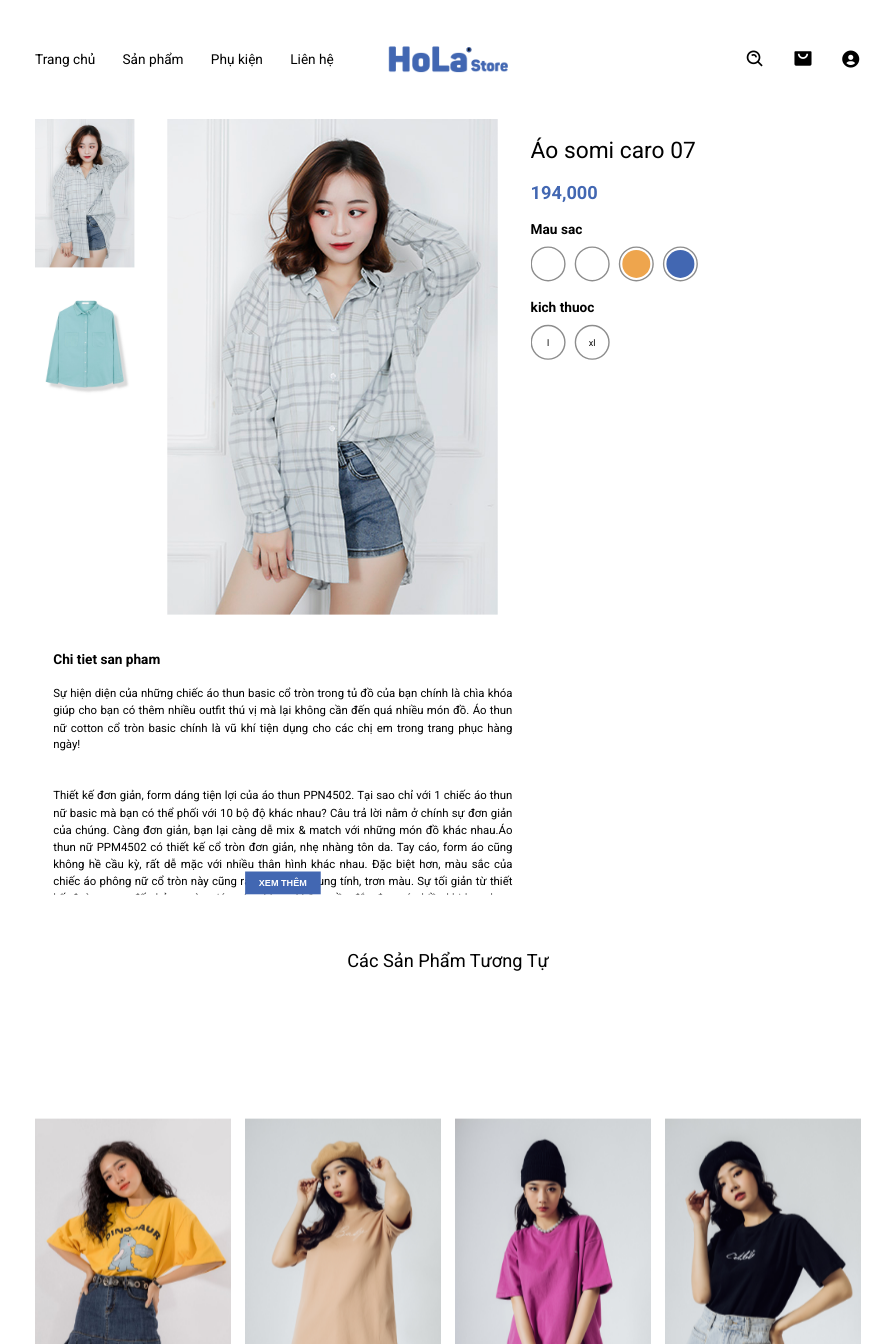
Repository: eric-nguyen-fe/Hola-ecommerce
Page: /catalog/ao-somi-caro-07
The author's editor kept a copy of each file at every save. The page is drawn from the files as they stood at one save, then again after the next save.
The browser window is 1280 px wide. The pictures show the part of the page from y = 0 to 1920 px (the page is 4131 px tall), at 70% of full size.
The project was rebuilt for these pictures with package versions that can differ from the ones it lists, and the page was loaded fresh each time. Also part of the build but not shown: src/components/HeroSlider.jsx, src/components/PolicyCard.jsx, src/assets/fake-data/hero-slider.js, src/assets/fake-data/policy.js, src/pages/Home.jsx, src/components/CheckBox.jsx, src/assets/fake-data/category.js, src/assets/fake-data/product-color.js and 4 more.

Above is the page before, as saved 2021-12-10 12:50:25.

### src/scss/index.scss
@import "./variables";
@import "./mixins";
@import "./base";

@import "./components/header";
@import "./components/footer";
@import "./components/hero-slider.scss";
@import "./components/button";
@import "./components/policy-card";
@import "./components/section";
@import "./components/product-card";
@import "./components/catalog";
@import "./components/custom-checkbox.scss";
@import "./components/product";

### src/components/Layout.jsx
import React from 'react'

import { BrowserRouter, Route } from 'react-router-dom'

import Header from './Header'
import Footer from './Footer'

import Routes from '../routes/Routes'

const Layout = () => {
    return (
        <BrowserRouter>
            <Route render={props => (
                <div>

                    <div className="container">
                    <Header {...props}/>
                        <div className="main">
                            <Routes/>
                        </div>
                    </div>
                    <Footer/>
                </div>
            )}/>
        </BrowserRouter>
    )
}

export default Layout

### src/scss/_variables.scss
$main-bg: #fff;
$main-color: #4267b2;

$txt-main-color: #000;
$txt-second-color: #8d8d8d;
$txt-white: #fff;

$btn-main-bg: $main-color;
$btn-main-color: #fff;

$header-height: 170px;
$header-tablet-height: 70px;
$header-mobile-height: 40px;
$header-shrink-height: 70px;

$box-shadow: rgba(73, 90, 105, 0.2) 0px 8px 24px;

$colors: (
    "blue": #4267b2,
    "orange": #eea54d,
    "pink": #f3786d,
    "white": #fff,
    "black": #000,
    "main": $main-color
);

$mobile-width: 600px;
$tablet-width: 1024px;

$numbers: (0, 1, 2, 3, 4, 5, 6, 7, 8);

### src/scss/mixins.scss
@mixin flex ($align-item, $justify-content) {
    display: flex;
    align-items: $align-item;
    justify-content: $justify-content;
}

@mixin mobile {
    @media only screen and (max-width: $mobile-width){
        @content;
    }
}

@mixin tablet {
    @media only screen and (max-width: $tablet-width){
        @content;
    }
}

### src/scss/_base.scss
@import url("https://fonts.googleapis.com/css2?family=M+PLUS+Rounded+1c:wght@100;300;400;500;700;800;900&family=Roboto:ital,wght@0,100;0,300;0,400;0,500;0,700;0,900;1,100;1,300;1,400;1,500;1,700;1,900&display=swap");

@import url("https://fonts.googleapis.com/css2?family=M+PLUS+Rounded+1c:wght@100;300;400;500;700;800;900&family=Roboto:ital,wght@0,100;0,300;0,400;0,500;0,700;0,900;1,100;1,300;1,400;1,500;1,700;1,900&display=swap");

* {
    padding: 0;
    margin: 0;
    box-sizing: border-box;
    -webkit-tap-highlight-color: transparent;
    user-select: none;
}

html {
    font-size: 13px;
}

body {
    font-family: "Roboto", sans-serif;
}

ul {
    list-style-type: none;
}

a {
    text-decoration: none;
    color: unset;
}

a:hover {
    color: $main-color;
}

img {
    max-width: 100%;
}

@each $color, $val in $colors {
    .color-#{$color} {
        color: $val;
    }

    .bg-#{$color} {
        background-color: $val;
    }
}

@each $val in $numbers {
    .grid-col-#{$val} {
        grid-template-columns: repeat($val, 1fr);
    }
}

@each $val in $numbers {
    .grid-col-md-#{$val} {
        @include tablet {
            grid-template-columns: repeat($val, 1fr);
        }
    }
}

@each $val in $numbers {
    .grid-col-sm-#{$val} {
        @include mobile {
            grid-template-columns: repeat($val, 1fr);
        }
    }
}

.container {
    width: 100%;
    max-width: 1620px;
    padding: 0 50px;
    margin: auto;

    @include tablet {
        padding: 0 20px;
    }

    @include mobile {
        padding: 0 10px;
    }
}

.main {
    margin-top: $header-height;
    margin-bottom: 2rem;
    min-height: 100vh;

    @include tablet {
        margin-top: calc(#{$header-tablet-height} + 20px);
    }

    @include mobile {
        margin-top: calc(#{$header-mobile-height} + 10px);
    }
}

.grid {
    display: grid;
}

### src/scss/components/_header.scss
.header {
    background-color: $main-bg;
    position: fixed;
    top: 0;
    left: 0;
    width: 100%;
    z-index: 99;
    height: $header-height;
    transition: height .3s ease;

    @include tablet {
        height: $header-tablet-height;
        box-shadow: $box-shadow;
    }

    .container {
        height: 100%;
    }

    &.shrink{
        height: $header-shrink-height;
        box-shadow: $box-shadow;
        z-index: 100;

        @include mobile {
            height: $header-mobile-height;
        }
    }

    &__logo {
        @include flex (center, center);
        position: absolute;
        inset: 0;
        pointer-events: none;

        img {
            height: 38px;
        }
    }

    &__menu {
        @include flex(center, space-between);
        height: 100%;
        font-size: 1.5rem;

        &__item ~ &__item {
            margin-left: 39px;

            @include tablet {
                margin-left: 20px;
            }

            @include mobile {
                margin-left: 10px;
            }
        }

        &__item.active {
            font-weight: 600;
            color: $main-color;
        }


        &__item:hover {
            color: $main-color;
        }

        &__left,
        &__right {
            @include flex(center, center);
            height: 100%;
        }

        &__right {
            font-size: 2.25rem;

            &__item {
                @include flex(center, center);

                @include tablet {
                    margin-left: 10px;
                }
            }



            @include mobile {
                font-size: 1.5rem;
            }
        }

        &__left {
            &__close{
                display: none;
            }

            @include tablet {
                flex-direction: column;
                background-color: $main-bg;
                position: absolute;
                left: 0;
                top: 0;
                width: 100%;
                height: 100vh;
                justify-content: flex-start;
                padding-top: 30px;
                transform: translateX(-100%);
                transition: transform 0.5s ease;

                &.active {
                    transform: translateX(0);
                }

                &__item ~ &__item {
                    margin-left: unset;
                    margin-top: 20px;
                }

                &__close {
                    display: block;
                    position: absolute;
                    left: 20px;
                    font-size: 2.5rem;
                }
            }
        }

        &__mobile-toggle {
            display: none;

            @include tablet {
                display: block;
                font-size: 2.5rem;

            }
        }


    }
}

### src/scss/components/_footer.scss
.footer {
    padding: 70px 0;
    box-shadow: $box-shadow;
    font-size: 1.1rem;

    &__logo {
        height: 30px;
    }

    &__about {
        p {
            margin-bottom: 2rem;
        }
    }

    &__title {
        text-transform: uppercase;
        margin-bottom: 2rem;
        font-weight: 600;
    }

    &__content {
        p {
            margin-bottom: 1.25rem;
        }
    }
}

### src/scss/components/_button.scss
.btn {
    border: 0;
    outline: 0;
    color: $btn-main-color;
    font-size: 1.5rem;
    font-weight: 600;
    text-transform: uppercase;
    cursor: pointer;
    overflow: hidden;
    position: relative;

    @include mobile {
        font-size: 1rem;
    }

    &__txt,
    &__icon {
        display: block;
        transition: transform 0.5s ease;
    }

    &__txt {
        padding: 1rem 2rem;
    }

    &__icon {
        @include flex(center, center);
        font-size: 2rem;
        position: absolute;
        left: 0;
        top: 0;
        height: 100%;
        width: 100%;
        transform: translateX(-100%);
    }

    &-animate:hover &__txt {
        transform: translateX(100%);
    }

    &-animate:hover &__icon {
        transform: translateX(0);
    }

    &-sm {
        font-size: 1rem;
    }

    &-sm &__txt {
        padding: 0.7rem 1.5rem;
    }
}

### src/scss/components/_policy-card.scss
.policy-card {
    @include flex(center, flex-start);
    padding: 20px;
    padding-left: 0;
    box-shadow: $box-shadow;
    transition: transform .5s ease;

    &:hover {
        transform: translateY(-20%);
    }

    &__icon {
        @include flex (center, center);
        width: 40%;
        color: $main-color;

        i {
            font-size: 3rem;
        }
    }

    &__info{
        &__name{
            font-size: 1.25rem;
            font-weight: 600;
            margin-bottom: 7px;
        }

        &__description{
            font-size: 1rem;
            color: $txt-second-color;
        }

    }
}

### src/scss/components/_section.scss
.section {
    margin-bottom: 80px;

    & > * ~ * {
        margin-top: 70px;
    }

    &__title {
        font-size: 2rem;
        text-transform: capitalize;
        text-align: center;
    }
}

### src/scss/components/product-card.scss
.product-card {
    text-align: center;
    margin-bottom: 30px;

    &__image {
        padding-top: 50%;
        position: relative;
        overflow: hidden;
        margin-bottom: 30px;
    }
}

### src/scss/components/_catalog.scss
.catalog {
    @include flex(flex-start, flex-start);

    @include tablet {
        flex-direction: column;
    }

    &__filter {
        width: 20%;

        @include tablet {
            width: max-content;
            height: 100vh;
            background-color: $main-bg;
            padding: 1rem;
            position: fixed;
            left: 0;
            top: $header-tablet-height;
            z-index: 100;
            box-shadow: $box-shadow;
            transform: translateX(-100%);
            transition: transform 0.3s ease;
        }

        @include mobile {
            top: $header-mobile-height;
        }

        &.active {
            transform: translateX(0);
        }

        &__widget {
            margin-bottom: 2rem;

            &__title {
                font-size: 1.25rem;
                font-weight: 600;
                text-transform: capitalize;
                margin-bottom: 16px;
            }

            &__content {
                color: $txt-second-color;

                &__item {
                    margin-bottom: 13px;
                }
            }
        }
    }

    &__content {
        flex-grow: 1;

        @include tablet {
            width: 100%;
        }
    }

    &__filter__toggle {
        display: none;

        @include tablet {
            display: block;
            margin-bottom: 2rem;
        }
    }
}

### src/scss/components/custom-checkbox.scss
.custom-checkbox {
    @include flex (center, flex-start);

    cursor: pointer;

    &:hover {
        color: $main-color;
    }

    input {
        position: absolute;
        opacity: 0;

    }
}

### src/scss/components/_product.scss
.product {
    @include flex (flex-start, flex-start);

    &__images {
        @include flex(flex-start, flex-start);
        width: 60%;
        flex-wrap: wrap;

        &__list {
            width: 20%;

            &__item {
                cursor: pointer;
            }
        }

        &__main {
            flex-grow: 1;
            padding-top: 100%;
            position: relative;

            img {
                position: absolute;
                top: 0;
                left: 50%;
                height: 100%;
                transform: translateX(-50%);
            }
        }
    }

    &__info {
        flex-grow: 1;
        position: sticky;
        top: $header-shrink-height;
        padding-top: 2rem;

        &__title {
            font-size: 2.5rem;
            font-weight: normal;
        }

        &__item {
            margin-top: 2rem;

            &__price {
                color: $main-color;
                font-size: 2rem;
                font-weight: 600;
            }

            &__title {
                font-size: 1.5rem;
                font-weight: 600;
                margin-bottom: 1rem;
            }

            &__list {
                @include flex (center, flex-start);

                &__item {
                    @include flex (center, center);


                    width: 50px;
                    height: 50px;
                    border-radius: 50%;
                    border: 2px solid $txt-second-color;
                    cursor: pointer;
                    margin-right: 1rem;

                    &:hover {
                        border-color: $main-color;
                    }

                    .circle {
                        width: 40px;
                        height: 40px;
                        border-radius: 50px;
                    }
                }
            }
        }
    }
}

.product-description {
    width: 100%;
    padding: 2rem 2rem 3rem;
    height: 400px;
    overflow: hidden;
    position: relative;

    &.expand {
        height: max-content;
    }

    &__title {
        font-size: 1.5rem;
        font-weight: 600;
        margin: 2rem 0;
    }

    &__content {
        font-size: 1.25rem;
        line-height: 1.875rem;
        text-align: justify;
    }

    &__toggle {
        position: absolute;
        bottom: 0;
        left: 50%;
        transform: translateX(-50%);
    }
}

### src/components/Header.jsx
import React, { useRef, useEffect } from 'react'
import { Link, useLocation } from 'react-router-dom'

import logo from '../assets/images/Logo-2.png'

const mainNav = [
    {
        display: "Trang chủ",
        path: '/'
    },
    {
        display: "Sản phẩm",
        path: '/catalog'
    },
    {
        display: "Phụ kiện",
        path: '/accessories'
    },
    {
        display: "Liên hệ",
        path: '/contact'
    }
]

const Header = () => {

    const {pathname} = useLocation()
    const activeNav = mainNav.findIndex(e => e.path === pathname)

    const headerRef = useRef(null)

    useEffect(() => {
        window.addEventListener("scroll", () => {
            if(document.body.scrollTop > 80 || document.documentElement.scrollTop > 80) {
                headerRef.current.classList.add('shrink')
            } else {
                headerRef.current.classList.remove('shrink')
            }
        })
        return () => {
            window.removeEventListener("scroll")
        }
    }, []);

    const menuLeft = useRef(null);

    const menuToggle = () => menuLeft.current.classList.toggle('active')


    return (
        <div className="header" ref={headerRef}>
            <div className="container">
                <div className="header__logo">
                    <Link to="/">
                        <img src={logo} alt="" />
                    </Link>
                </div>
                <div className="header__menu">
                    <div className="header__menu__mobile-toggle" onClick={menuToggle} >
                        <i className='bx bx-menu' ></i>
                    </div>
                    <div className="header__menu__left" ref={menuLeft}>
                        <div className="header__menu__left__close" onClick={menuToggle}>
                            <i className='bx bx-left-arrow-alt' ></i>
                        </div>

                        {
                            mainNav.map((item, index) =>(
                                <div
                                key={index}
                                className={`header__menu__item header__menu__left__item ${index === activeNav ? 'active' : ''}`}
                                onClick={menuToggle}
                                >
                                    <Link to={item.path}>
                                        <span>
                                            {item.display}
                                        </span>
                                    </Link>
                                </div>
                            ))
                        }
                    </div>
                   <div className="header__menu__right">
                       <div className="header__menu__item header__menu__right__item">
                            <i className='bx bx-search-alt'></i>
                       </div>
                       <div className="header__menu__item header__menu__right__item">
                           <Link to="/cart">
                                <i className="bx bxs-shopping-bag-alt"></i>

                           </Link>
                       </div>
                       <div className="header__menu__item header__menu__right__item">
                           <i className="bx bxs-user-circle"></i>
                       </div>
                   </div>
                </div>
            </div>
        </div>
    )
}

export default Header

### src/routes/Routes.jsx
import React from 'react'

import { Route, Switch } from 'react-router-dom'

import Home from '../pages/Home';
import Catalog from '../pages/Catalog';
import Cart from '../pages/Cart';
import Product from '../pages/Product';

const Routes = () => {
    return (
        <Switch>
            <Route path="/" exact component = {Home}/>
            <Route path="/catalog/:slug" exact component = {Product}/>
            <Route path="/catalog" exact component = {Catalog}/>
            <Route path="/cart" exact component = {Cart}/>
        </Switch>
    )
}

export default Routes

### src/pages/Product.jsx
import React, {useEffect} from 'react';

import Helmet from '../components/Helmet'
import Section, {SectionBody, SectionTitle} from '../components/Section'
import Grid from '../components/Grid'
import ProductCard from '../components/ProductCard'


import productData from '../assets/fake-data/products';
import ProductView from '../components/ProductView';


const Product = props => {

    const product = productData.getProductBySlug(props.match.params.slug)

    const relatedProducts = productData.getProducts(8)

    React.useEffect(() => {
        window.scrollTo(0,0)
    }, [product])

    return (
        <Helmet title={product.title}>
            <Section>
                <SectionBody>
                    {
                       <ProductView product={product}/>                    }
                </SectionBody>
            </Section>
            <Section>
                <SectionTitle>
                   Các sản phẩm tương tự
                </SectionTitle>
                <SectionTitle>
                <Grid
                        col={4}
                        mdCol={2}
                        smCol={1}
                        gap={20}
                    >
                        {
                            relatedProducts.map((item, index) => (
                                <ProductCard
                                    key={index}
                                    img01={item.image01}
                                    img02={item.image02}
                                    name={item.title}
                                    price={Number(item.price)}
                                    slug={item.slug}
                                />
                            ))
                        }
                    </Grid>
                </SectionTitle>
            </Section>
        </Helmet>
    )
}

export default Product

### src/components/Helmet.jsx
import React, {useEffect} from 'react'
import PropTypes from 'prop-types'

const Helmet = props => {

    document.title = 'Hola - ' + props.title

    useEffect(() => {
        window.scrollTo(0,0)

    }, [])

  return (
    <div>
        {props.children}
    </div>
  )
}

Helmet.propTypes = {
    title: PropTypes.string.isRequired
}

export default Helmet

### src/components/ProductCard.jsx
import React from 'react'
import PropTypes from 'prop-types'

import { Link } from 'react-router-dom'

import Button from './Button'

import numberWithCommas from '../utils/numberWithCommas'

const ProductCard = props => {
    return (
        <div className="product-card">
            <Link to={`/catalog/${props.slug}`}>
                <div className="product-card__image">
                    <img src={props.img01} alt="" />
                    <img src={props.img02} alt="" />
                </div>
                <h3 className="product-card__name">{props.name}</h3>
                <div className="product-card__price">
                    {numberWithCommas(props.price)}
                    <span className="product-card__price__old">
                        <del>{numberWithCommas(399000)}</del>
                    </span>
                </div>
            </Link>
            <div className="product-card__btn">
                <Button
                    size="sm"
                    icon="bx bx-cart"
                    animate={true}
                >
                    Chọn mua
                </Button>
            </div>
        </div>
    )
}

ProductCard.propTypes = {
    img01: PropTypes.string.isRequired,
    img02: PropTypes.string.isRequired,
    name: PropTypes.string.isRequired,
    price: PropTypes.number.isRequired,
    slug: PropTypes.string.isRequired,


}

export default ProductCard

### src/components/Button.jsx
import React from 'react'
import PropTypes from 'prop-types'

const Button = props => {

    const bg = props.backgroundColor ? 'bg-' + props.backgroundColor : 'bg-main'

    const size = props.size ? 'btn-' + props.size : ''

    const animate = props.animate ? 'btn-animate' : ''

    return (
        <button
            className={`btn ${bg} ${size} ${animate}`}
            onClick={props.onClick ? () => props.onClick() : null}
        >
            <span className="btn__txt">{props.children}</span>
            {
                props.icon ? (
                    <span className="btn__icon">
                        <i className={`${props.icon} bx-tada`}></i>
                    </span>
                ) : null
            }
        </button>
    )
}

Button.propTypes = {
    backgroundColor: PropTypes.string,
    size: PropTypes.string,
    icon: PropTypes.string,
    animate: PropTypes.bool,
    onclick: PropTypes.func
}

export default Button

Loaded but not shown: public/index.html (common file); src/reportWebVitals.js (common file); src/assets/boxicons-2.0.7/css/boxicons.min.css (library); src/components/Grid.jsx (common file); src/components/Section.jsx (common file); src/utils/numberWithCommas.js (common file); src/assets/fake-data/products.js (275 lines, source omitted); src/index.js (20 lines, source omitted); src/scss/components/hero-slider.scss (214 lines, source omitted); src/components/ProductView.jsx (96 lines, source omitted); src/components/Footer.jsx (124 lines, source omitted)

After the next save:
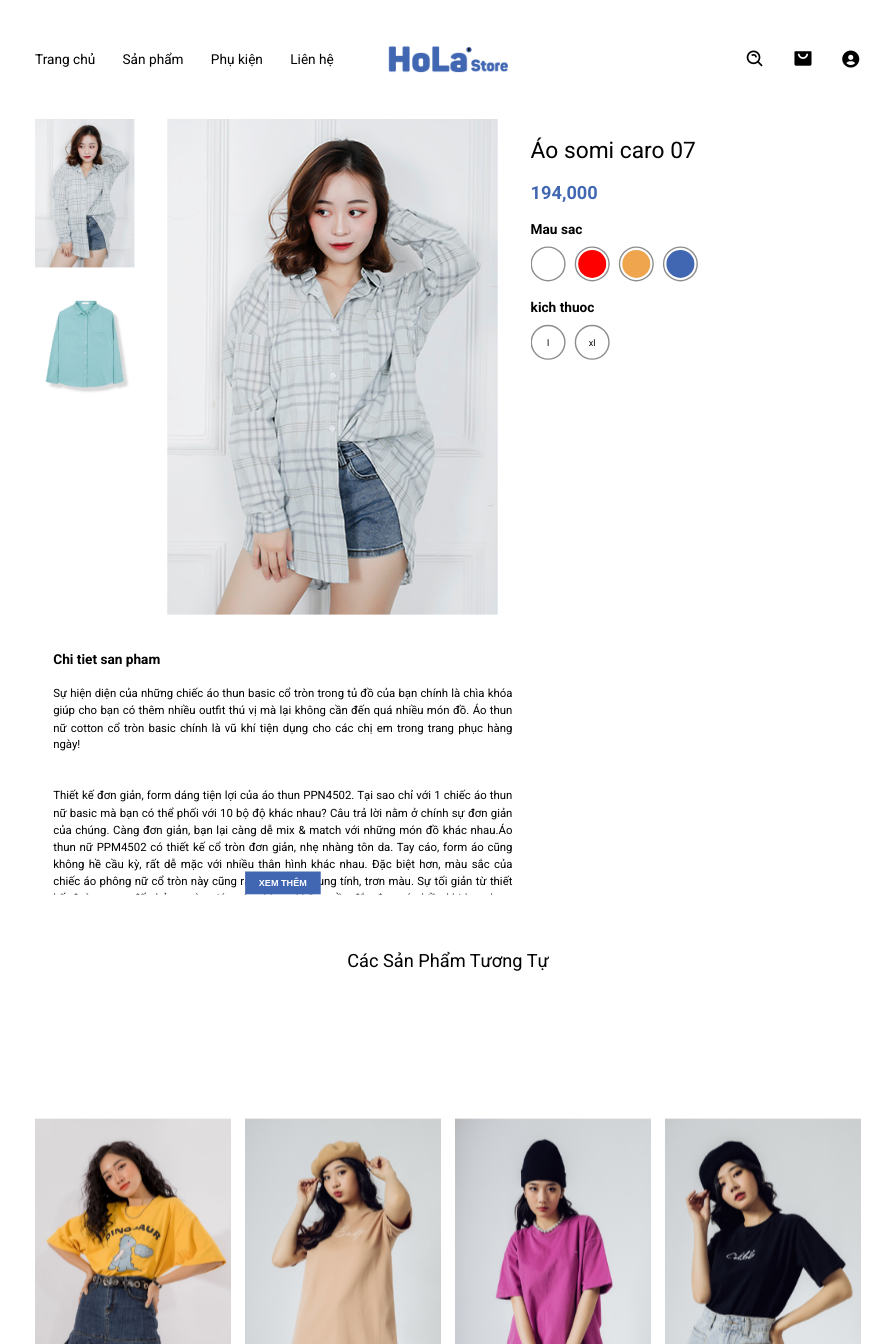
Saved 87 s later.
--- a/src/scss/_variables.scss
+++ b/src/scss/_variables.scss
@@ -21,7 +21,8 @@ $colors: (
     "pink": #f3786d,
     "white": #fff,
     "black": #000,
-    "main": $main-color
+    "main": $main-color,
+    "red": #ff0000,
 );
 
 $mobile-width: 600px;
